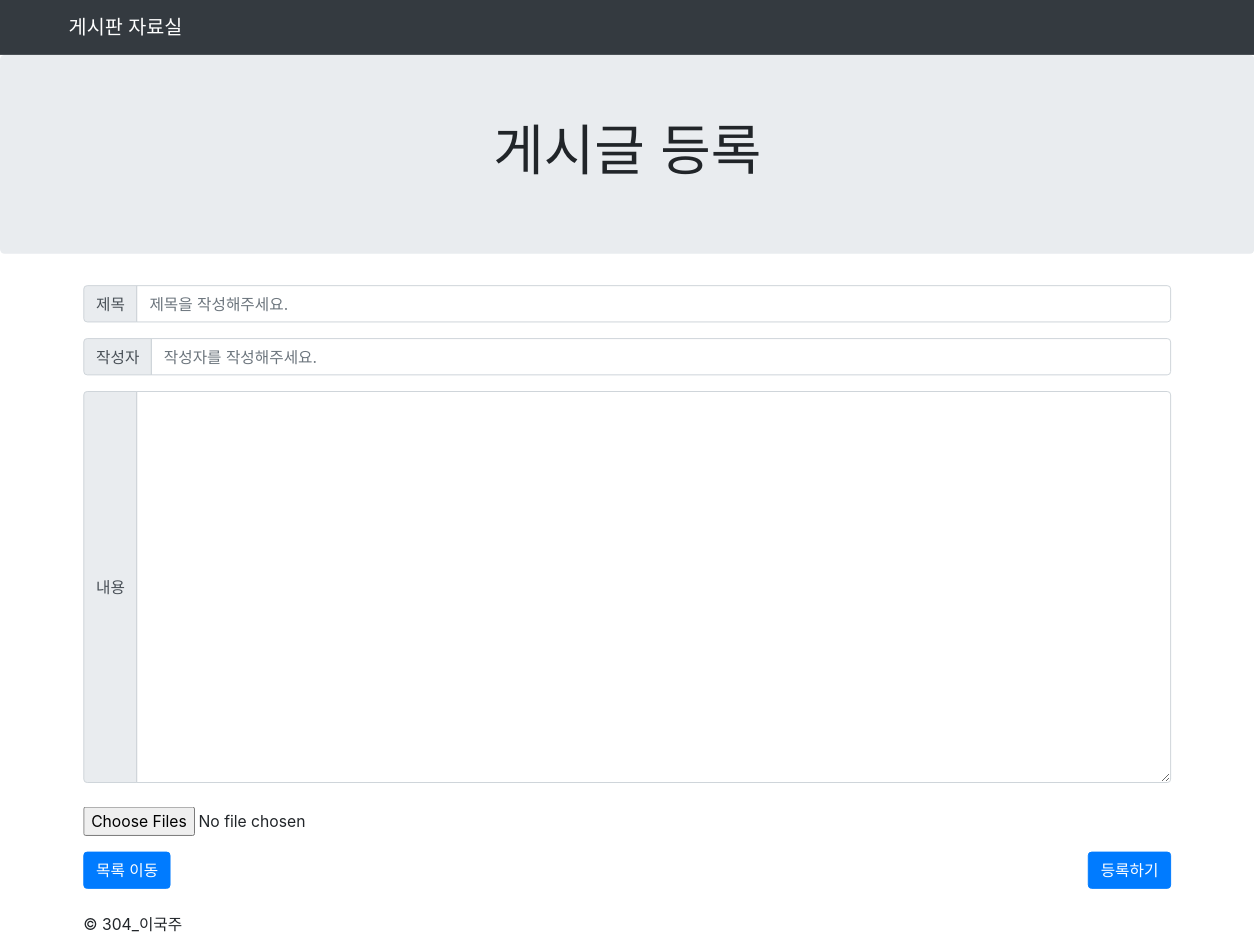
Repository: LeeKukJu/JSP-Study
Page: http://localhost/JSPBook/ch11/totaltest/boardUpdateForm.jsp?b1naGC
The author's editor kept a copy of each file at every save. The page is drawn from the files as they stood at one save, then again after the next save.
The browser window is 1280 px wide. The pictures show the whole page, at 98% of full size.
The page is served by Tomcat 9. Nobody is signed in. The application's start-up code is not run. Other server files are loaded and not shown.

Above is the page before, as saved 2023-02-04 05:18:58.

### JSPBook/WebContent/ch11/totaltest/boardUpdateForm.jsp
<%@page import="dto.BoardVO"%>
<%@page import="dao.BoardDAO"%>
<%@ page language="java" contentType="text/html; charset=UTF-8"
	pageEncoding="UTF-8"%>
<%@taglib prefix="c" uri="http://java.sun.com/jsp/jstl/core"%>
<!DOCTYPE html>
<html>
<head>
<meta charset="UTF-8">
<title>@304_이국주</title>
</head>
<script type="text/javascript">
	function CheckRegist() {
		var form = document.registForm;
		var title = form.title.value;
		var author = form.author.value;

		var regExpTitle = /^.{5,30}$/;
		var regExpAuthor = /^[a-zA-Z가-힣]+$/;

		if (!regExpTitle.test(title)) {
			alert("제목은 최소 모든 문자 5자에서 최대 30자까지 작성 가능합니다.");
			form.title.focus();
			form.title.select();
			return;
		}

		if (!regExpAuthor.test(author)) {
			alert("작성자는 영소대문자, 한글만 작성 가능합니다.");
			form.author.focus();
			form.author.select();
			return;
		}

		form.submit();
	}
</script>
<body>
	<!--
	게시판 FORM 페이지를 작성해주세요.

	*** 수정을 하기위해서 가져온 수정 할 게시판 데이터를 아래에 먼저 출력해서 보여주세요.

	[출력 예]

	게시글 등록
	─────────────────────────────
	제목 : 제목입니다1
	작성자 : 홍길동
	내용 : 내용입니다1
	─────────────────────────────
	수정 목록

	1) 수정 버튼을 클릭 시, 게시글 수정을 진행해주세요.
		수정을 위해 이동할 페이지(boardUpdate.jsp)로 이동해서 등록 처리를 진행해주세요.
		등록이 완료되었다면 현재 등록된 상세정보 페이지(boardView)로 이동해주세요.

		(정규식)
		등록 시, 제목은 최소 모든 문자 5자에서 최대 30자까지로 설정가능하게 해주세요.
		작성자는 영소대문자, 한글만 가능하게 설정해주세요.

	2) 목록 버튼을 클릭 시, 게시판 목록 페이지로 이동해주세요(boardList.jsp)
 -->
	<%
	String boardId = request.getParameter("id");

	BoardDAO boardDAO = BoardDAO.getInstance();
	BoardVO board = boardDAO.getBoardById(boardId);
	%>
	<c:set var="board" value="<%=board%>" />

	<%@include file="./menu.jsp"%>
	<div class="jumbotron">
		<div class="container" align="center">
			<h1 class="display-4">게시글 등록</h1>
		</div>
	</div>

	<div class="container">
		<form action="./boardInsert.jsp" name="registForm" method="post"
			enctype="multipart/form-data">
			<div class="row">
				<div class="col">
					<!-- id -->
					<input type="hidden" name="id" value="${board.id}">

					<!-- 제목 -->
					<div class="input-group mb-3">
						<div class="input-group-prepend">
							<span class="input-group-text" id="basic-addon1">제목</span>
						</div>
						<input type="text" class="form-control" name="title"
							placeholder="제목을 작성해주세요." aria-label="Username"
							aria-describedby="basic-addon1">
					</div>

					<!-- 작성자 -->
					<div class="input-group mb-3">
						<div class="input-group-prepend">
							<span class="input-group-text" id="basic-addon2">작성자</span>
						</div>
						<input type="text" class="form-control" name="author"
							placeholder="작성자를 작성해주세요." aria-label="Username"
							aria-describedby="basic-addon2">
					</div>

					<div class="input-group">
						<div class="input-group-prepend">
							<span class="input-group-text">내용</span>
						</div>
						<textarea class="form-control" name="content"
							style="height: 400px;" aria-label="With textarea"></textarea>
					</div>
					<br>

					<!-- 파일 업로드 -->
					<div class="input-group mb-3">
						<input type="file" name="filename" multiple="multiple">
					</div>
				</div>
			</div>

			<div class="row">
				<div class="col" align="left">
					<a class="btn btn-primary" href="./boardList.jsp" role="button">목록
						이동</a>
				</div>
				<div class="col" align="right">
					<!-- 등록하기 -->
					<button type="button" class="btn btn-primary"
						onclick="CheckRegist();">등록하기</button>
				</div>
			</div>
		</form>
	</div>
	<br>
	<%@include file="./footer.jsp"%>
</body>
</html>

### JSPBook/WebContent/ch11/totaltest/menu.jsp
<%@ page language="java" contentType="text/html; charset=UTF-8"
	pageEncoding="UTF-8"%>
<link rel="stylesheet" href="https://maxcdn.bootstrapcdn.com/bootstrap/4.0.0/css/bootstrap.min.css"/>
<!--
	메뉴를 제공하는 페이지를 구성해주세요.
	- 메뉴를 구성하고 각 페이지(view)를 담당하는 jsp 마다 페이지 모듈화를 진행해주세요.

	[상단 메뉴 구성]
	게시판  자료실 -> boardList.jsp 요청 ( 시큐리티 작동하도록)
 -->

<nav class="navbar navbar-expand navbar-dark bg-dark">
	<div class="container">
		<div class="navbar-header">
			<a class="navbar-brand" href="./boardList.jsp">게시판 자료실</a>
		</div>
	</div>
</nav>

### JSPBook/WebContent/ch11/totaltest/footer.jsp
<%@ page language="java" contentType="text/html; charset=UTF-8"
    pageEncoding="UTF-8"%>
<!DOCTYPE html>
<html>
<head>
<meta charset="UTF-8">
<title>@304_이국주</title>
</head>
<body>
<!--
	@304_본인이름  으로 페이지를 구성해주세요.
	- 메뉴를 구성하고 각 페이지(view)를 담당하는 jsp 마다 페이지 모듈화를 진행해주세요.
 -->

 <footer class="container">
	<p>&copy; 304_이국주</p>
</footer>

</body>
</html>

### JSPBook/src/dao/BoardDAO.java
package dao;

import java.time.LocalDate;
import java.util.ArrayList;

import org.apache.commons.lang3.RandomStringUtils;

import dto.BoardVO;

public class BoardDAO {

	private ArrayList<BoardVO> boardList = new ArrayList<BoardVO>();

	private static BoardDAO instance = new BoardDAO();
	public static BoardDAO getInstance() {
		return instance;
	}

	public BoardDAO() {
		BoardVO board1 = new BoardVO();

		board1.setId(RandomStringUtils.randomAlphanumeric(6));
		board1.setTitle("게시물 입니당1");
		board1.setAuthor("김작가1");
		board1.setContent("내용입니당1");

		BoardVO board2 = new BoardVO();

		board2.setId(RandomStringUtils.randomAlphanumeric(6));
		board2.setTitle("게시물 입니당2");
		board2.setAuthor("김작가2");
		board2.setContent("내용입니당2");

		BoardVO board3 = new BoardVO();

		board3.setId(RandomStringUtils.randomAlphanumeric(6));
		board3.setTitle("게시물 입니당3");
		board3.setAuthor("김작가3");
		board3.setContent("내용입니당3");

		boardList.add(board1);
		boardList.add(board2);
		boardList.add(board3);
	}



	public ArrayList<BoardVO> getBoardList(){
		return boardList;
	}

	public void insertBoard(BoardVO board) {
		boardList.add(board);
	}

	public BoardVO getBoardById(String boardId) {
		BoardVO boardById = null;

		for(BoardVO board : boardList) {
			if(board != null && board.getId() != null && board.getId().equals(boardId)) {
				boardById = board;
				break;
			}
		}
		return boardById;
	}
}

### JSPBook/src/dto/BoardVO.java
package dto;

import java.time.LocalDate;
import java.util.Date;

public class BoardVO {
	private String id;								// 고유키
	private String title;							// 제목
	private String author;							// 작성자
	private String content;							// 내용
	private LocalDate writeDate = LocalDate.now();	// 작성일
	private int hit = 0;							// 조회수
	private String filename;						// 저장 파일명

	public String getFilename() {
		return filename;
	}
	public void setFilename(String filename) {
		this.filename = filename;
	}
	public String getId() {
		return id;
	}
	public void setId(String id) {
		this.id = id;
	}
	public String getContent() {
		return content;
	}
	public void setContent(String content) {
		this.content = content;
	}
	public String getTitle() {
		return title;
	}
	public void setTitle(String title) {
		this.title = title;
	}
	public String getAuthor() {
		return author;
	}
	public void setAuthor(String author) {
		this.author = author;
	}
	public LocalDate getWriteDate() {
		return writeDate;
	}
	public void setWriteDate(LocalDate writeDate) {
		this.writeDate = writeDate;
	}
	public int getHit() {
		return hit;
	}
	public void setHit(int hit) {
		this.hit = hit;
	}




}

After the next save:
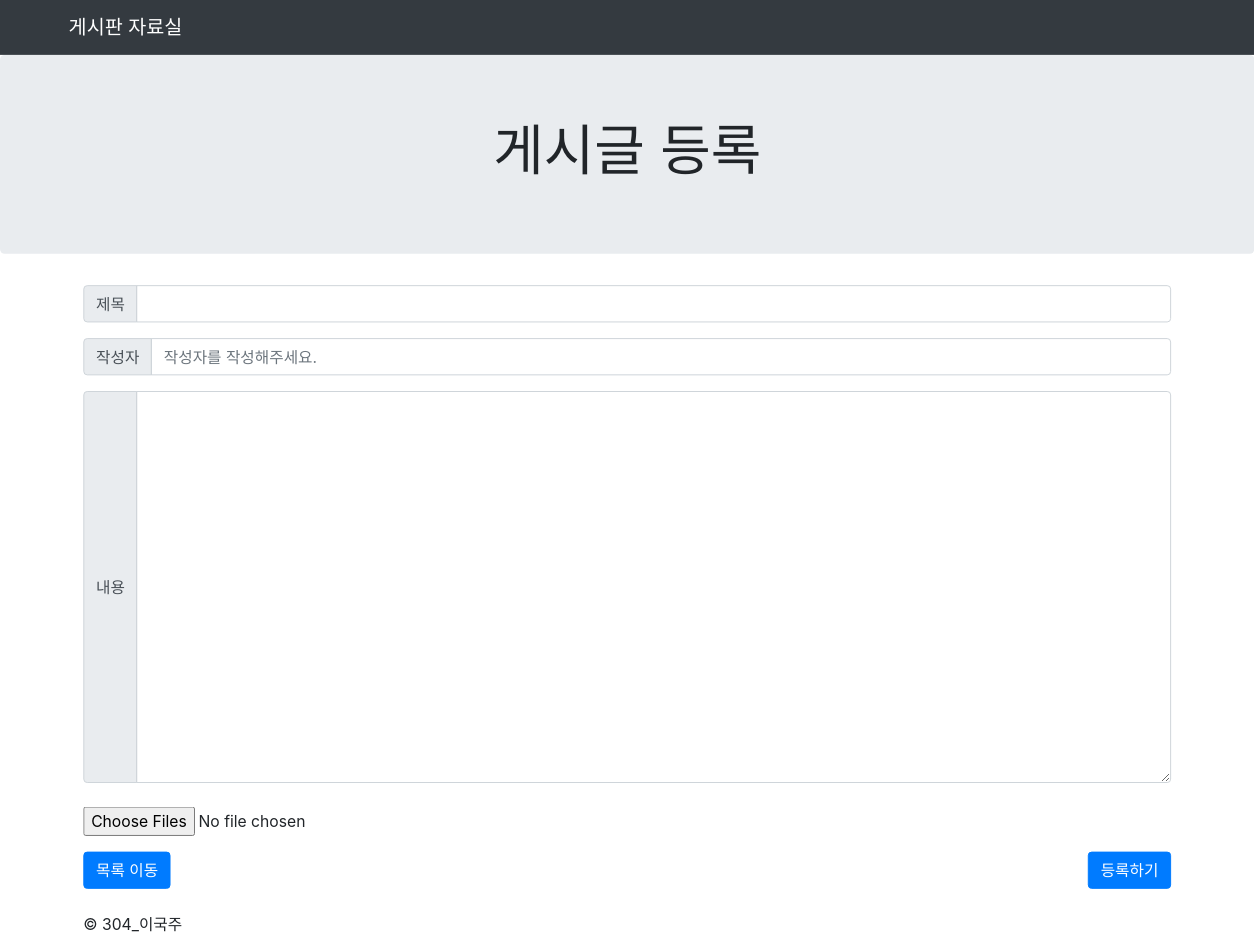
Saved 49 s later.
--- a/JSPBook/WebContent/ch11/totaltest/boardUpdateForm.jsp
+++ b/JSPBook/WebContent/ch11/totaltest/boardUpdateForm.jsp
@@ -90,7 +90,7 @@
 							<span class="input-group-text" id="basic-addon1">제목</span>
 						</div>
 						<input type="text" class="form-control" name="title"
-							placeholder="제목을 작성해주세요." aria-label="Username"
+							placeholder="${board.title }" aria-label="Username"
 							aria-describedby="basic-addon1">
 					</div>
 
